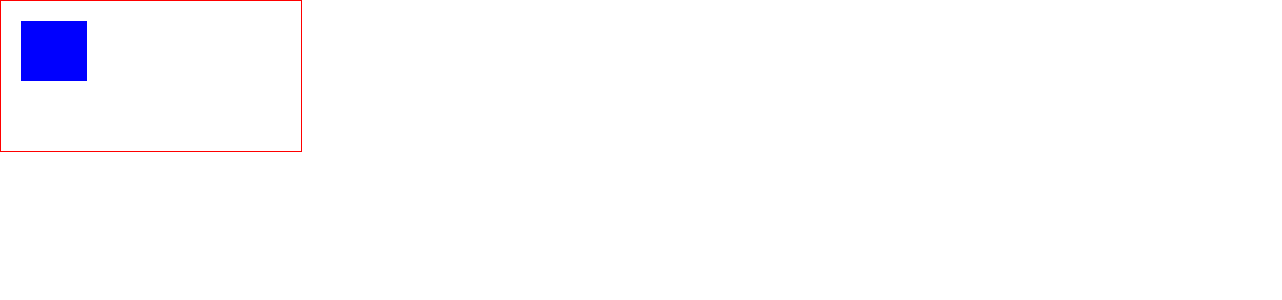
Repository: chenguocan/canvas-demo-1
Page: index.html
These files come from the project's save history. The page is drawn as it stood at one moment and after the next save; the edit follows.
The browser window is 1280 px wide. The page is 1280 px wide, then 1282 px, so the pictures cover 1282 px, including what lies to the right of the window. The pictures show the whole page.

Above is the page before, as saved 2020-07-19 05:40:50.

### index.html
<!DOCTYPE html>
<html lang="zh-CN">
  <head>
    <meta charset="UTF-8" />
    <meta name="viewport" content="width=device-width, initial-scale=1.0" />
    <title>Document</title>
    <style>
      * {
        margin: 0;
        padding: 0;
        box-sizing: border-box;
      }
      #canvas {
        border: 1px solid red;
      }
    </style>
  </head>
  <body>
    <canvas id="canvas"></canvas>
    <script>
      var canvas = document.querySelector("#canvas");
      var ctx = canvas.getContext("2d");
      ctx.fillStyle = "blue";
      ctx.fillRect(20, 20, 66, 60);
      console.log(document.body.clientWidth);
    </script>
  </body>
</html>

After the next save:
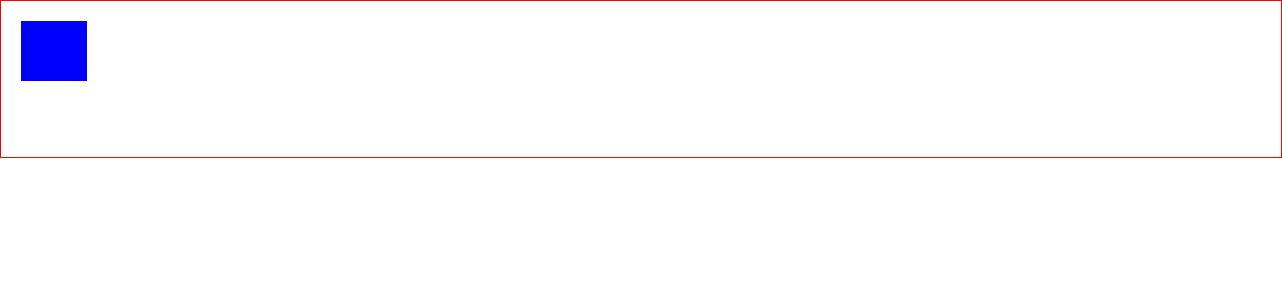
Saved 80 s later.
--- a/index.html
+++ b/index.html
@@ -20,9 +20,10 @@
     <script>
       var canvas = document.querySelector("#canvas");
       var ctx = canvas.getContext("2d");
+      canvas.width = document.body.clientWidth;
+      canvas.height = document.body.clientHeight;
       ctx.fillStyle = "blue";
       ctx.fillRect(20, 20, 66, 60);
-      console.log(document.body.clientWidth);
     </script>
   </body>
 </html>
